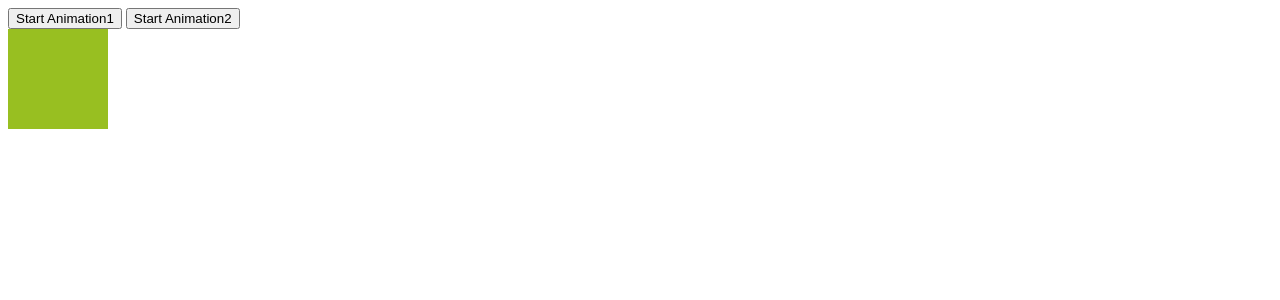
Repository: sudheerj/jQuery
Page: jQueryExamples/chapter05/ToggleClass.html
The author's editor kept a copy of each file at every save. The page is drawn from the files as they stood at one save, then again after a run of saves.
The browser window is 1280 px wide. The pictures show the whole page.

Above is the page before, as saved 2016-10-21 14:57:05.

### jQueryExamples/chapter05/ToggleClass.html
<!DOCTYPE html>
<html>
<head>
	<title>jQuery Animate</title>
	<script type="text/javascript" src="..\jquery\jquery-3.1.1.min.js"></script>
	<script>
$(document).ready(function(){
	 $("#button1").click(function(){
        $("#div1").animate({
            left: '250px',
            height: '+=150px',
            width: '+=150px'
        });
    });

    $("#button2").click(function(){
        var div = $("#div2");
        div.animate({height: '300px', opacity: '0.4'}, "slow");
        div.animate({width: '300px', opacity: '0.8'}, "slow");
        div.animate({height: '100px', opacity: '0.4'}, "slow");
        div.animate({width: '100px', opacity: '0.8'}, "slow");
    });
});
</script>
</head>
<body>

<button id="button1">Start Animation1</button>
<button id="button2">Start Animation2</button>

<div id="div1" style="background:#98bf21;height:100px;width:100px;position:absolute;"></div>
<div id="div2" style="background:#98bf21;height:100px;width:100px;position:absolute;"></div>
</body>
</html>

Loaded but not shown: jQueryExamples/jquery/jquery-3.1.1.min.js (library)

After the next 2 saves:
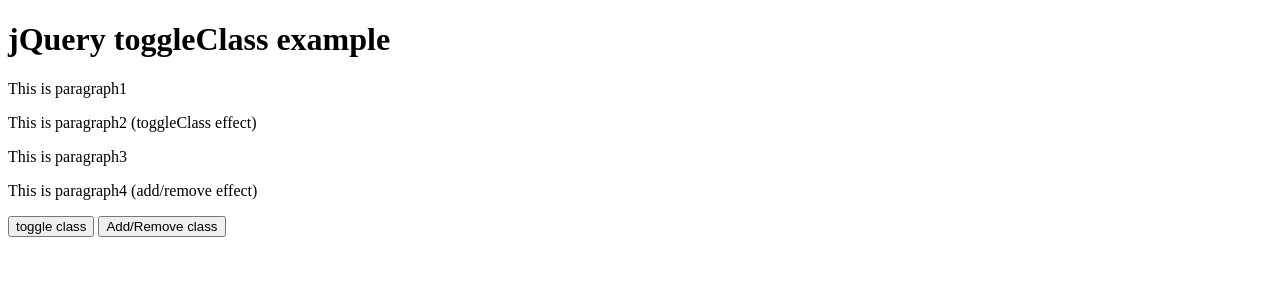
Not found: jQueryExamples/chapter05/jquery-1.3.2.min.js
The 2 saves are shown as one change because they came seconds apart.
The last was saved 2 min 39 s later.
--- a/jQueryExamples/chapter05/ToggleClass.html
+++ b/jQueryExamples/chapter05/ToggleClass.html
@@ -1,34 +1,59 @@
 <!DOCTYPE html>
 <html>
-<head>
-	<title>jQuery Animate</title>
-	<script type="text/javascript" src="..\jquery\jquery-3.1.1.min.js"></script>
-	<script>
-$(document).ready(function(){
-	 $("#button1").click(function(){
-        $("#div1").animate({
-            left: '250px',
-            height: '+=150px',
-            width: '+=150px'
-        });
-    });
+	<head>
+		<title>jQuery Animate</title>
+		<script type="text/javascript" src="..\jquery\jquery-3.1.1.min.js"></script>
+		<style type="text/css">
+			.highlight {
+				background: blue;
+			}
+		</style>
+		<script type="text/javascript" src="jquery-1.3.2.min.js"></script>
+	</head>
+	<body>
+		<h1>jQuery toggleClass example</h1>
 
-    $("#button2").click(function(){
-        var div = $("#div2");
-        div.animate({height: '300px', opacity: '0.4'}, "slow");
-        div.animate({width: '300px', opacity: '0.8'}, "slow");
-        div.animate({height: '100px', opacity: '0.4'}, "slow");
-        div.animate({width: '100px', opacity: '0.8'}, "slow");
-    });
-});
-</script>
-</head>
-<body>
+		<p>
+			This is paragraph1
+		</p>
+		<p id="para2">
+			This is paragraph2 (toggleClass effect)
+		</p>
+		<p>
+			This is paragraph3
+		</p>
+		<p id="para4">
+			This is paragraph4 (add/remove effect)
+		</p>
 
-<button id="button1">Start Animation1</button>
-<button id="button2">Start Animation2</button>
+		<button id="toggleClass">
+			toggle class
+		</button>
+		<button id="addremoveClass">
+			Add/Remove class
+		</button>
 
-<div id="div1" style="background:#98bf21;height:100px;width:100px;position:absolute;"></div>
-<div id="div2" style="background:#98bf21;height:100px;width:100px;position:absolute;"></div>
-</body>
+		<script type="text/javascript">
+			$("#toggleClass").click(function() {
+
+				$('#para2').toggleClass('highlight');
+
+			});
+
+			$("#addremoveClass").click(function() {
+
+				if ($('#para4').is('.highlight')) {
+
+					$('#para4').removeClass('highlight');
+
+				} else {
+
+					$('#para4').addClass('highlight');
+
+				}
+
+			});
+
+		</script>
+	</body>
 </html>
